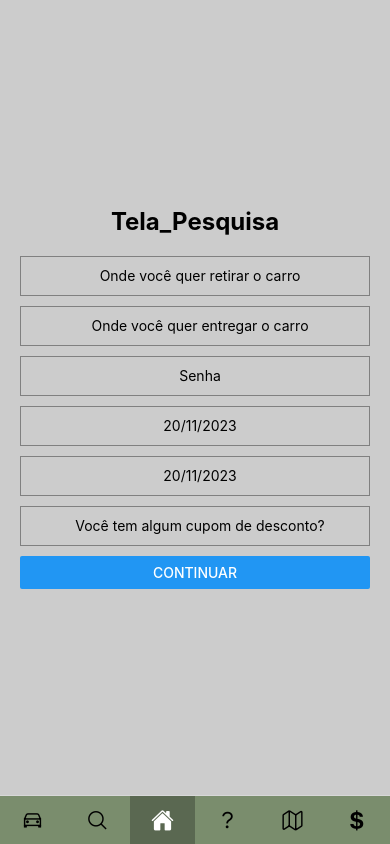
Repository: GabrielAron/EcoWheels
Page: /Home
The author's editor kept a copy of each file at every save. The page is drawn from the files as they stood at one save, then again after the next save.
The browser window is 390 px wide. The pictures show the whole page.
The app was drawn by React Native's web renderer in a window 390 px wide. The project was rebuilt for these pictures with package versions that can differ from the ones it lists, and the page was loaded fresh each time. Also part of the build but not shown: src/Paginas/Carros/index.js, src/Paginas/Ajuda/index.js, src/Paginas/Mapa/index.js, src/Paginas/Pagamento/pagamento.js.

Above is the page before, as saved 2023-11-24 14:07:32.

After the next save:
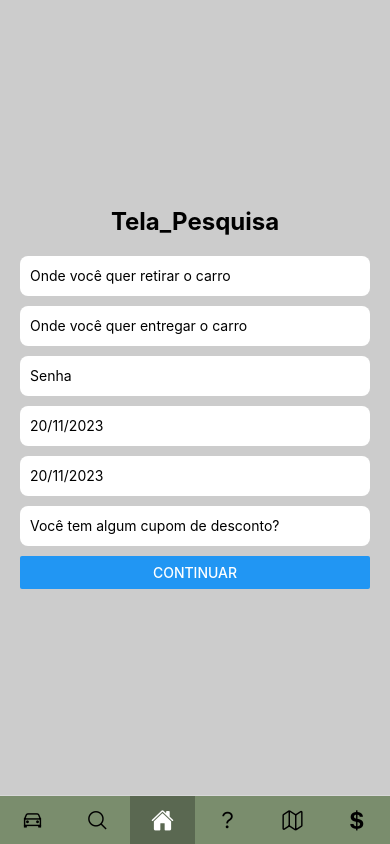
Saved 3 min 11 s later.
--- a/src/Paginas/Home/index.js
+++ b/src/Paginas/Home/index.js
@@ -1,20 +1,67 @@
 import React, { useState } from 'react';
 import { View, Text, TextInput, Button, StyleSheet } from 'react-native';
-import { format } from 'date-fns';
+import { format, parse } from 'date-fns';
 
 export default function App() {
   const [pickupDate, setPickupDate] = useState(format(new Date(), 'dd/MM/yyyy'));
   const [returnDate, setReturnDate] = useState(format(new Date(), 'dd/MM/yyyy'));
 
+  const handlePickupDateChange = (text) => {
+    const formattedDate = format(parse(text, 'dd/MM/yyyy', new Date()), 'dd/MM/yyyy');
+    setPickupDate(formattedDate);
+  };
+
+  const handleReturnDateChange = (text) => {
+    const formattedDate = format(parse(text, 'dd/MM/yyyy', new Date()), 'dd/MM/yyyy');
+    setReturnDate(formattedDate);
+  };
+
   return (
     <View style={styles.container}>
       <Text style={styles.title}>Tela_Pesquisa</Text>
-      <TextInput style={styles.input} placeholder="Onde você quer retirar o carro" />
-      <TextInput style={styles.input} placeholder="Onde você quer entregar o carro" />
-      <TextInput style={styles.input} placeholder="Senha" secureTextEntry={true} />
-      <TextInput style={styles.input} placeholder="Data de retirada" value={pickupDate} onChangeText={setPickupDate} />
-      <TextInput style={styles.input} placeholder="Data de entrega" value={returnDate} onChangeText={setReturnDate} />
-      <TextInput style={styles.input} placeholder="Você tem algum cupom de desconto?" />
+      <View style={styles.inputContainer}>
+        <TextInput
+          style={styles.input}
+          placeholder="Onde você quer retirar o carro"
+        />
+      </View>
+      <View style={styles.inputContainer}>
+        <TextInput
+          style={styles.input}
+          placeholder="Onde você quer entregar o carro"
+        />
+      </View>
+      <View style={styles.inputContainer}>
+        <TextInput
+          style={styles.input}
+          placeholder="Senha"
+          secureTextEntry={true}
+        />
+      </View>
+      <View style={styles.inputContainer}>
+        <TextInput
+          style={styles.input}
+          placeholder="Data de retirada"
+          value={pickupDate}
+          onChangeText={handlePickupDateChange}
+          maxLength={10}
+        />
+      </View>
+      <View style={styles.inputContainer}>
+        <TextInput
+          style={styles.input}
+          placeholder="Data de entrega"
+          value={returnDate}
+          onChangeText={handleReturnDateChange}
+          maxLength={10}
+        />
+      </View>
+      <View style={styles.inputContainer}>
+        <TextInput
+          style={styles.input}
+          placeholder="Você tem algum cupom de desconto?"
+        />
+      </View>
       <Button title="Continuar" onPress={() => {}} />
     </View>
   );
@@ -33,12 +80,13 @@ const styles = StyleSheet.create({
     textAlign: 'center',
     marginBottom: 20,
   },
+  inputContainer: {
+    marginBottom: 10,
+    borderRadius: 8,
+    backgroundColor: 'white',
+  },
   input: {
     height: 40,
-    borderColor: 'gray',
-    borderWidth: 1,
-    marginBottom: 10,
-    paddingLeft: 10,
-    textAlign: 'center',
+    padding: 10,
   },
 });
